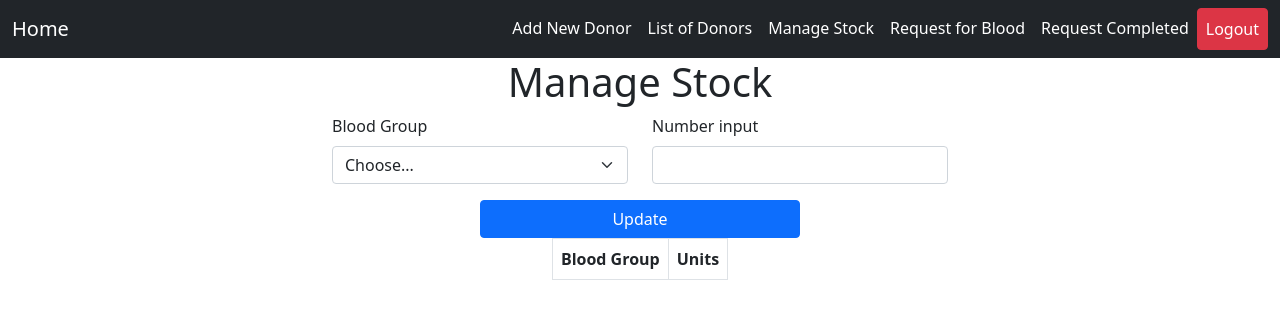
Repository: kshitizJ/Blood-Bank-Management-System-in-jsp
Page: http://localhost/Blood_Bank_Management_System/manageStock.jsp
The author's editor kept a copy of each file at every save. The page is drawn from the files as they stood at one save, then again after the next save.
The browser window is 1280 px wide. The pictures show the whole page.
The page is served by Tomcat 9. Queries for data that is not in the repository find no rows.

Above is the page before, as saved 2021-04-28 13:27:10.

After the next save:
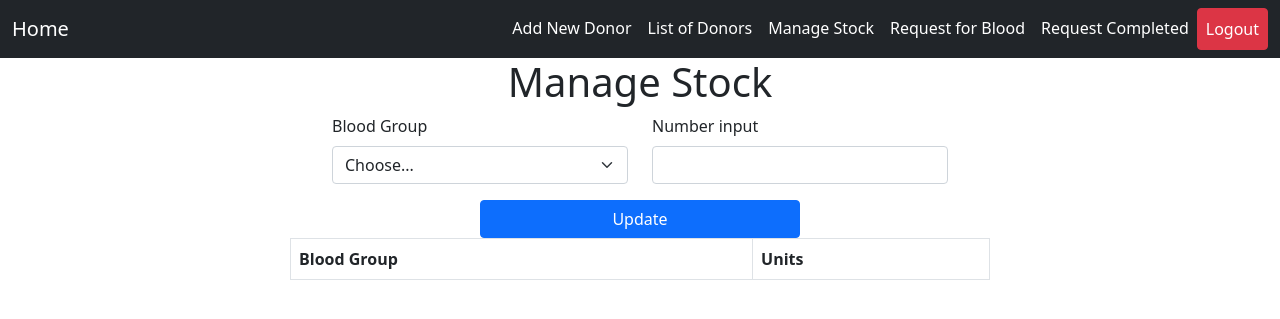
Saved 14 s later.
--- a/Blood Bank Management System/WebContent/manageStock.jsp
+++ b/Blood Bank Management System/WebContent/manageStock.jsp
@@ -61,7 +61,7 @@
 			<br>
 			<br>
 			<div class="col-12 d-flex justify-content-center">
-				<table class="size table table-bordered table-striped table-hover d-flex justify-content-center">
+				<table class="size table table-bordered table-striped table-hover justify-content-center">
 					<thead>
 						<tr>
 							<th scope="col">Blood Group</th>
